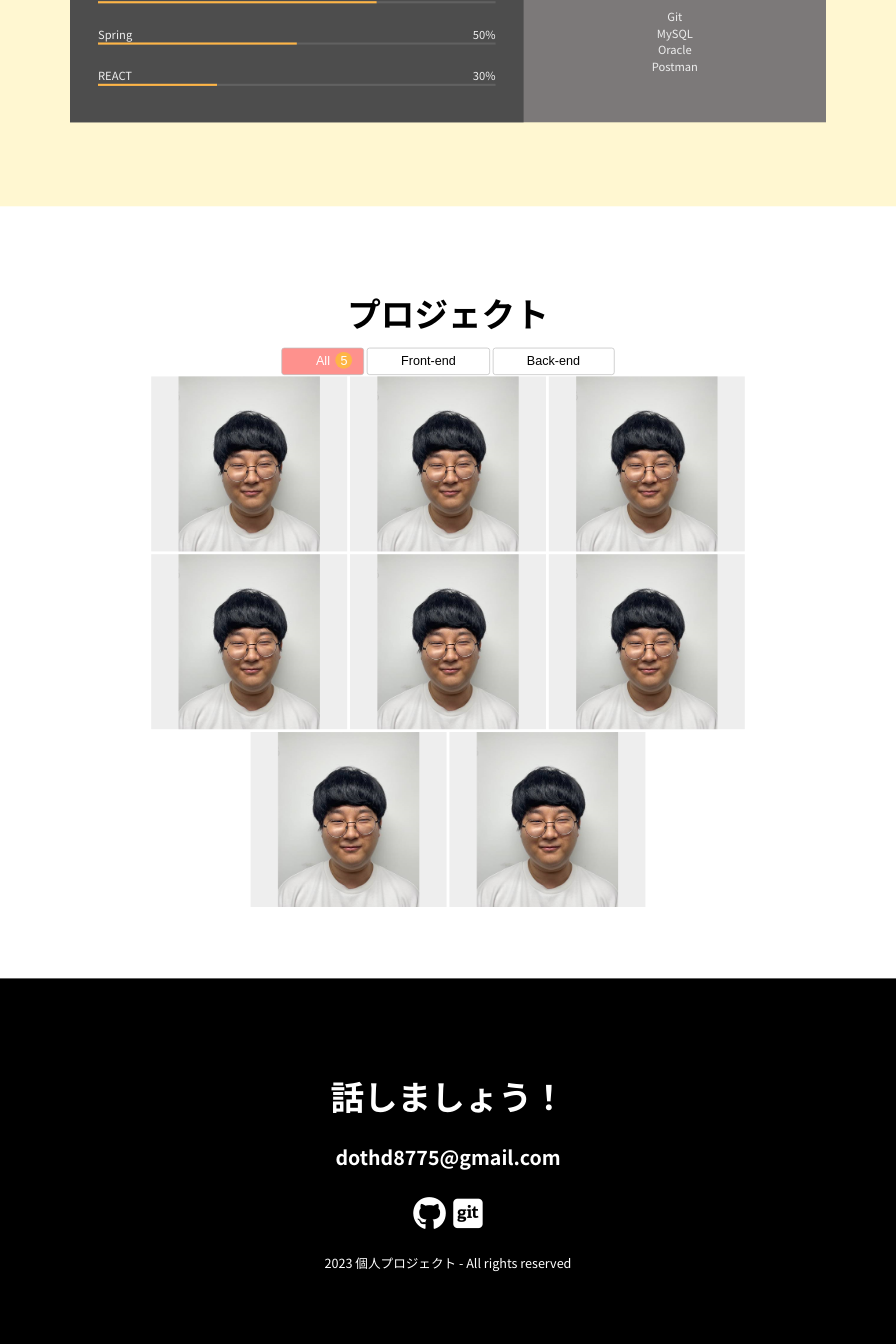
Repository: N1C0N1C0/website_introduction
Page: index.html
The author's editor kept a copy of each file at every save. The page is drawn from the files as they stood at one save, then again after the next save.
The browser window is 1280 px wide. The pictures show the part of the page from y = 2114 to 4034 px (the page is 4034 px tall), at 70% of full size.
Some web libraries are served in a nearby version.

Above is the page before, as saved 2023-08-29 03:11:48.

### index.html
<!DOCTYPE html>
<html lang="en">
  <head>
    <meta charset="UTF-8" />
    <meta name="viewport" content="width=device-width, initial-scale=1.0" />
    <title>自己紹介</title>
    <meta
      name="description"
      content="Portfolio for engineer KimJeongmin"
    />
    <meta name="author" content="Kim" />
    <link rel="icon" type="image/icon" href="imgs/file-pdf-solid.svg" />
    <script src="https://kit.fontawesome.com/04742e9fab.js" crossorigin="anonymous"></script>
    <link href="https://fonts.googleapis.com/css2?family=Noto+Sans+JP:wght@300;400;500&display=swap" rel="stylesheet">

    <link rel="stylesheet" href="style.css" />
    <script src="main.js" defer></script>
  </head>
  <body>
    <!-- Navbar -->
    <nav id="navbar">
      <div class="navbar__logo">
        <i class="fa-regular fa-face-smile"></i>
        <a href="#">キムジョンミン</a>
      </div>
        <ul class="navbar__menu">
          <li class="navbar__menu__item active" data-link="#home">ホーム</li>
          <li class="navbar__menu__item" data-link="#about">紹介</li>
          <li class="navbar__menu__item" data-link="#skills">技術</li>
          <li class="navbar__menu__item" data-link="#work">プロジェクト</li>
          <li class="navbar__menu__item" data-link="#contact">連絡</li>
        </ul>

      <!-- Toggle button -->
      <button class="navbar__toggle-btn">
        <i class="fa-solid fa-bars"></i>
      </button>
    </nav>

    <!-- Home -->
    <section id="home">
      <div class="home__container">
      <img src="imgs/kimu.jpg" alt="Anzang" class="home__avatar" />
      <h1 class="home__title">ようこそ <br />キムジョンミンと申します。</h1>
      <h2 class="home__description">
        今は株式会社SISに内定者です。
      </h2>
      <button class="home__contact">連絡しましょう</button>
    </div>
    </section>
    <!-- About -->
    <section id="about" class="section" class="section__container">
      <h1>自己紹介</h1>
      <p>
        初めまして、2022年9月からITの方を勉強しています。
      </p>
      <div class="about__majors">
        <div class="major">
          <div class="major__icon">
            <i class="fa-brands fa-html5"></i>
          </div>
          <h2 class="major__title">Front-end</h2>
          <div class="major__description">
            HTML, CSS, JavaScript,
            <br />React
          </div>
        </div>
        <div class="major">
          <div class="major__icon">
            <i class="fa-sharp fa-solid fa-backward-fast"></i>
          </div>
          <h2 class="major__title">Back-end</h2>
          <div class="major__description">
            Java, JavaScript
            <br />
            Spring
          </div>
        </div>
      </div>
      <div class="about__jobs">
        <div class="job">
          <img src="imgs/sis_image.png" alt="sis" class="job__logo" style="width: 100px; height: 70px;"/>
          <div class="job_description">
            <p class="job__name">
              現在、株式会社SISの内定者
            </p>
            <p class="job__period">2023 SIS - From now on</p>
          </div>
        </div>
      </div>
    </section>

    <!-- Skills -->
    <section id="skills" class="section">
      <div class="section__container">
      <h1>技術</h1>
      <p>
        Lorem ipsum dolor, sit amet consectetur adipisicing elit. Odio nesciunt
        sit perspiciatis, iure quidem, unde ratione consequuntur omnis magni
        laudantium nobis nostrum reiciendis adipisci vitae laboriosam architecto
        sapiente nihil dolores.
      </p>
      <div class="skillset">
        <div class="skillset__left">
          <h3 class="skillset__title">Skills</h3>
          <div class="skill">
            <div class="skill__description">
              <span>HTML</span>
              <span>90%</span>
            </div>
            <div class="skill__bar">
              <div class="skill__value" style="width: 90%;"></div>
            </div>
          </div>
          <div class="skill">
            <div class="skill__description">
              <span>CSS</span>
              <span>80%</span>
            </div>
            <div class="skill__bar">
              <div class="skill__value" style="width: 80%;"></div>
            </div>
          </div>
          <div class="skill">
            <div class="skill__description">
              <span>JAVASCRIPT</span>
              <span>70%</span>
            </div>
            <div class="skill__bar">
              <div class="skill__value" style="width: 70%;"></div>
            </div>
          </div>
          <div class="skill">
            <div class="skill__description">
              <span>JAVA</span>
              <span>70%</span>
            </div>
            <div class="skill__bar">
              <div class="skill__value" style="width: 70%;"></div>
            </div>
          </div>
          <div class="skill">
            <div class="skill__description">
              <span>Spring</span>
              <span>50%</span>
            </div>
            <div class="skill__bar">
              <div class="skill__value" style="width: 50%;"></div>
            </div>
          </div>
          <div class="skill">
            <div class="skill__description">
              <span>REACT</span>
              <span>30%</span>
            </div>
            <div class="skill__bar">
              <div class="skill__value" style="width: 30%;"></div>
            </div>
          </div>
        </div>
        <div class="skillset__right">
          <div class="tools">
            <h3 class="skillset__title">Tools</h3>
            <ul class="tools__list">
              <li><span>Visual Studio Code</span></li>
              <li><span>IntelliJ</span></li>
              <li><span>Eclipse</span></li>
            </ul>
          </div>
          <br>
          <div class="etc">
            <h3 class="skillset__title">Etc</h3>
            <ul class="ect__list">
              <li><span>Git</span></li>
              <li><span>MySQL</span></li>
              <li><span>Oracle</span></li>
              <li><span>Postman</span></li>
            </ul>
          </div>
        </div>
      </div>
    </div>
    </section>
    <!-- Work -->
    <section id="work" class="section">
      <div class="section__container">
      <h1>プロジェクト</h1>
      <div class="work__categories">
        <button class="category__btn selected" data-filter="*">
          All<span class="category__count">5</span>
        </button>
        <button class="category__btn" data-filter="front-end">
          Front-end<span class="category__count">2</span>
        </button>
        <button class="category__btn" data-filter="back-end">
          Back-end<span class="category__count">3</span>
        </button>
      </div>

      <div class="work__projects">
        <a
          href="https://www.youtube.com/@dream-coding"
          class="project"
          target="_blank"
          data-type="front-end"
        >
          <img
            src="imgs/projects/안종민.png"
            alt="Anzang"
            class="project__img"
          />
          <div class="project__description">
            <h3>Youtube Site</h3>
            <span>Clone coding with HTML and CSS</span>
          </div>
        </a>
        <a
          href="https://www.youtube.com/@dream-coding"
          class="project"
          target="_blank"
          data-type="front-end"
        >
          <img
            src="imgs/projects/안종민.png"
            alt="Anzang"
            class="project__img"
          />
          <div class="project__description">
            <h3>Youtube Site</h3>
            <span>Clone coding with HTML and CSS</span>
          </div>
        </a>
        <a
          href="https://www.youtube.com/@dream-coding"
          class="project"
          target="_blank"
          data-type="front-end"
        >
          <img
            src="imgs/projects/안종민.png"
            alt="Anzang"
            class="project__img"
          />
          <div class="project__description">
            <h3>Youtube Site</h3>
            <span>Clone coding with HTML and CSS</span>
          </div>
        </a>
        <a
          href="https://www.youtube.com/@dream-coding"
          class="project"
          target="_blank"
          data-type="back-end"
        >
          <img
            src="imgs/projects/안종민.png"
            alt="Anzang"
            class="project__img"
          />
          <div class="project__description">
            <h3>Youtube Site</h3>
            <span>Clone coding with HTML and CSS</span>
          </div>
        </a>
        <a
          href="https://www.youtube.com/@dream-coding"
          class="project"
          target="_blank"
          data-type="back-end"
        >
          <img
            src="imgs/projects/안종민.png"
            alt="Anzang"
            class="project__img"
          />
          <div class="project__description">
            <h3>Youtube Site</h3>
            <span>Clone coding with HTML and CSS</span>
          </div>
        </a>
        <a
          href="https://www.youtube.com/@dream-coding"
          class="project"
          target="_blank"
          data-type="back-end"
        >
          <img
            src="imgs/projects/안종민.png"
            alt="Anzang"
            class="project__img"
          />
          <div class="project__description">
            <h3>Youtube Site</h3>
            <span>Clone coding with HTML and CSS</span>
          </div>
        </a>
        <a
          href="https://www.youtube.com/@dream-coding"
          class="project"
          target="_blank"
          data-type="back-end"
        >
          <img
            src="imgs/projects/안종민.png"
            alt="Anzang"
            class="project__img"
          />
          <div class="project__description">
            <h3>Youtube Site</h3>
            <span>Clone coding with HTML and CSS</span>
          </div>
        </a>
        <a
          href="https://www.youtube.com/@dream-coding"
          class="project"
          target="_blank"
          data-type="mobile"
        >
          <img
            src="imgs/projects/안종민.png"
            alt="Anzang"
            class="project__img"
          />
          <div class="project__description">
            <h3>Youtube Site</h3>
            <span>Clone coding with HTML and CSS</span>
          </div>
        </a>
      </div>
      </div>
    </section>
    <!-- Contact -->
    <section id="contact" class="section">
      <h1 class="contact__title">話しましょう！</h1>
      <h2 class="contact__email">dothd8775@gmail.com</h2>
      <div class="contact__links">
        <a href="https://github.com/N1C0N1C0" target="_blank">
          <i class="fa-brands fa-github"></i>
        </a>
        <a href="https://github.com/N1C0N1C0" target="_blank">
          <i class="fa-brands fa-square-git"></i>
        </a>
      </div>
      <p class="contact__rights">
        2023 個人プロジェクト - All rights reserved
      </p>
    </section>

    <!-- Arrow up -->
    <button class="arrow__up">
      <i class="fa-solid fa-arrow-up"></i>
    </button>
  </body>
</html>

### style.css
/* Global */
:root {
    /* Color */
    --color-white: #fff;
    --color-light-white: #eee;
    --color-dark-white: #bdbdbd;
    --color-pink: #fe918d;
    --color-dark-pink: #ff6863;
    --color-black: #4d4d4d;
    --color-dark-grey: #4d4d4d;
    --color-grey: #616161;
    --color-light-grey: #7c7979;
    --color-blue: #73aace;
    --color-yellow: #fff7d1;
    --color-orange: #feb546;
    --color-black: #000;

    /* Font size */
    --font-large: 48px;
    --font-medium: 28px;
    --font-regular: 18px;
    --font-small: 16px;
    --font-micro: 14px;

    /* Font weight */
    --weight-bold: 700;
    --weight-semi-bold: 600;
    --weight-regular: 400;

    /* Size */
    --size-border-radius: 4px;

    /* Animation */
    --animation-duration: 300ms;
}

/* Universal tags */
* {
    box-sizing: border-box;
}

body {
    font-family: 'Noto Sans JP', sans-serif;
    margin: 0;
    cursor: default;
}

a {
    text-decoration: none;
    color: var(--color-white);
}

ul {
    list-style: none;
    padding-left: 0;
}

button {
    background-color: transparent;
    cursor: pointer;
    border: none;
    outline: none;
    padding: 0;
}

/* Typography */
h1 {
    font-size: var(--font-large);
    font-weight: var(--weight-bold);
    color: var(--color-black);
    margin: 16px 0;
}

h2 {
    font-size: var(--font-medium);
    font-weight: var(--weight-semi-bold);
    color: var(--color-black);
    margin: 8px 0;
}

h3 {
    font-size: var(--font-regular);
    font-weight: var(--weight-regular);
    color: var(--color-black);
    margin: 8px 0;
}

p {
    font-size: var(--font-regular);
    font-weight: var(--weight-regular);
    color: var(--color-black);
    margin: 4px 0;
}

/* Navbar */
#navbar {
    position: fixed;
    width: 100%;
    display: flex;
    justify-content: space-between;
    background-color: transparent;
    align-items: center;
    color: var(--color-white);
    padding: 16px;
    transition: all var(--animation-duration) ease-in-out;
    z-index: 1;
}

#navbar.navbar--dark {
    background-color: var(--color-black);
    padding: 16px;

}

.navbar__menu {
    display: flex;
}

.navbar__logo {
    font-size: var(--font-medium);
    font-weight: var(--weight-semi-bold);
}

.navbar__menu__item {
    padding: 8px 12px;
    margin: 0 4px;
    cursor: pointer;
    color: var(--color-white);
    border: 1px solid transparent;
    border-radius: var(--size-border-radius);
}

.navbar__menu__item.active {
    border: 1px solid var(--color-white);
}

.navbar__menu__item:hover {
    border-color: var(--color-white);
    background-attachment: var(--color-dark-grey);
}

.navbar__toggle-btn {
    position: absolute;
    top: 20px;
    right: 32px;
    font-size: 24px;
    color: var(--color-white);
    display: none;
}

/* Home */
#home {
    background-color: var(--color-black);
    padding: 40px;
    padding-top: 120px;
    text-align: center;
}

.home__avatar {
    width: 250px;
    height: 250px;
    border-radius: 50%;
    border: 2px solid var(--color-light-white);
}

.home__title,
.home__description {
    color: var(--color-white);
}

.home__contact {
    color: var(--color-white);
    font-size: var(--font-regular);
    font-weight: var(--weight-bold);
    margin: 24px;
    padding: 8px 12px;
    border: 2px solid var(--color-white);
    border-radius: var(--size-border-radius);
}

.home__contact:hover {
    background-color: var(--color-orange);
}

/* Section common */
.section {
    padding: 100px;
    text-align: center;
    margin: auto;
}

.section__container {
    max-width: 1200px;
    margin: auto;
}

/* About */
.about__majors {
    display: flex;
    justify-content: space-around;
    margin: 80px 0;
}

.major__icon {
    width: 170px;
    height: 170px;
    line-height: 170px;
    font-size: 70px;
    margin: auto;
    color: var(--color-blue);
    border: 1px solid var(--color-blue);
    border-radius: 50%;
    margin-bottom: 16px;
}
.major__icon i {
    transition: all var(--animation-duration) ease;
}
.major__icon:hover i {
    color: var(--color-pink);
    transform: rotate(-45deg) scale(1.1);
}
.major__title, .major__description {
    color: var(--color-dark-grey);
}

.major__description {
    font-size: var(--font-small);
}

.job {
    display: flex;
    align-items: center;
    margin-bottom: 10px;
}

.job_description {
    margin: 0 16px;
    text-align: left;
}

.job__name,
.job__period {
    color: var(--color-light-grey);
}

.job__name {
    font-size: var(font-small);
}

.job__period {
    font-size: var(--font-micro);
}

/* Skill */

#skills {
    background-color: var(--color-yellow);
}

.skillset {
    display: flex;
    background-color: var(--color-light-grey);
    color: var(--color-light-white);
    margin: 20px 0;
}

.skillset__title {
    color: var(--color-white);
}

.skill {
    margin-bottom: 32px;
}

.skill__description {
    display: flex;
    justify-content: space-between;
}

.skillset__left {
    flex-basis: 60%;
    background-color: var(--color-dark-grey);
    padding: 20px 40px;
}

.skill__bar {
    width: 100%;
    height: 3px;
    background-color: var(--color-grey);
}

.skill__value {
    height: 3px;
    background-color: var(--color-orange);
}

.skillset__right {
    flex-basis: 40%;
}

.tools {
    background-color: var(--color-grey);
}

.tools,
.etc {
    padding: 20px;
}

/* Work */

.work_categories {
    margin: 40px;
}

.category__btn {
    border: 1px solid var(--color-dark-white);
    border-radius: var(--size-border-radius);
    font-size: var(--font-regular);
    padding: 8px 48px;
    position: relative;
}

.category__btn.selected,
.category__btn:hover {
    background-color: var(--color-pink);
    color: var(--color-white);
}

.category__btn.selected .category__count,
.category__btn:hover .category__count {
    opacity: 1;
}
.category__count {
    background-color: var(--color-orange);
    border-radius: 50%;
    color: var(--color-white);
    margin-left: 5px;
    width: 24px;
    height: 24px;
    line-height: 24px;
    display: inline-block;
    position: absolute;
    top: 5px;
    right: 16px;
    opacity: 0;
    transition: all var(--animation-duration) ease;
}

.work__projects {
    display: flex;
    flex-wrap: wrap;
    justify-content: center;
    opacity: 1;
    transition: all var(--animation-duration) ease-out;
}

.work__projects.anim-out {
    opacity: 0;
    transform: scale(0.96) translateY(40px);

}

.project {
    position: relative;
    display: flex;
    flex-direction: column;
    justify-content: center;
    width: 280px;
    height: 250px;
    margin: 2px;
    background-color: var(--color-light-white);
}

.project.invisible {
    display: none;
}

.project__img {
    max-width: 100%;
    max-height: 100%;
    align-self: center;
}

.project__description {
    position: absolute;
    background-color: black;
    display: flex;
    flex-direction: column;
    justify-content: center;
    width: 100%;
    height: 100%;
    top: 0;
    left: 0;
    opacity: 0;
    transform: translateY(15px);
    transition: all var(--animation-duration) ease-in;
}

.project:hover .project__description {
    opacity: 0.8;
    transform: translateY(0px);
}

.project__description h3 {
    color: var(--color-orange);
}

.project__description h3:after {
    content: '';
    display: block;
    position: relative;
    left: 50%;
    width: 50px;
    height: 2px;
    transform: translateX(-25%);
    margin-left: -12px;
    margin-top: 8px;
    background-color: var(--color-dark-white);
}



/* Contact */
#contact {
    background-color: var(--color-black);
}

.contact__title,
.contact__email,
.contact__rights {
    color: var(--color-white);
}

.contact__title {
    margin: 32px 0;
}

.contact__links {
    font-size: var(--font-large);
    margin: 24px 0;
}

.contact__links i:hover {
    transform: scale(1.1);
    color: var(--color-yellow);
    transition: all var(--animation-duration) ease-in;
}

/* Scroll */
.arrow__up {
    position: fixed;
    bottom: 50px;
    right: 50px;
    width: 70px;
    height: 70px;
    font-size: 50px;
    color: var(--color-white);
    background-color: var(--color-black);
    border-radius: 50%;
    opacity: 0;
    pointer-events: none;
    transition: all var(--animation-duration) ease-in;
}

.arrow__up.visible {
    opacity: 1;
    pointer-events: auto;
}

/* For below 768px screen width */
@media screen and (max-width: 768px) {
    :root {
        /* Font size */
        --font-large: 30px;
        --font-medium: 18px;
        --font-regular: 16px;
        --font-small: 14px;
        --font-micro: 12px;
    }

    .navbar__toggle-btn {
        display: block;
        top: 16px;
        right: 16px;
        font-size: var(--font-medium);
    }

    #navbar {
        flex-direction: column;
        align-items: flex-start;
        background-color: var(--color-black);
    }

    #navbar.navbar--dark {
        padding: 16px;
    }

    .navbar__menu {
        flex-direction: column;
        text-align: center;
        width: 100%;
        display: none;
    }

    .navbar__menu.open {
        display: block;
    }

    .section {
        padding: 16px;
        padding-top: 40px;
    }

    .about__majors {
        flex-direction: column;
        margin-top: 30px;
        margin-bottom: 0;
    }

    .major {
        margin-bottom: 30px;
    }

    .skillset {
        flex-direction: column;
    }

    .category__btn {
        margin: 4px 0;
    }

    .work__categories {
        display: flex;
        flex-direction: column;
        margin-bottom: 10px;
    }

    .project {
        flex-grow: 1;
    }

    .testimonial {
        flex-direction: column;
        align-items: center;
    }

    .testimonial__avatar {
        width: 120px;
        height: 120px;
    }

    .testimonial__avatar:nth-child(odd),
    .testimonial__avatar:nth-child(even) {
        margin: 0;
        margin-bottom: 8px;
    }

    .testimonial__speech-bubble {
        order: 1;
    }

    .arrow__up {
        width: 50px;
        height: 50px;
        font-size: 30px;
        right: 16px;
        bottom: 16px;
    }
}

Loaded but not shown: main.js (153 lines, source omitted)

After the next save:
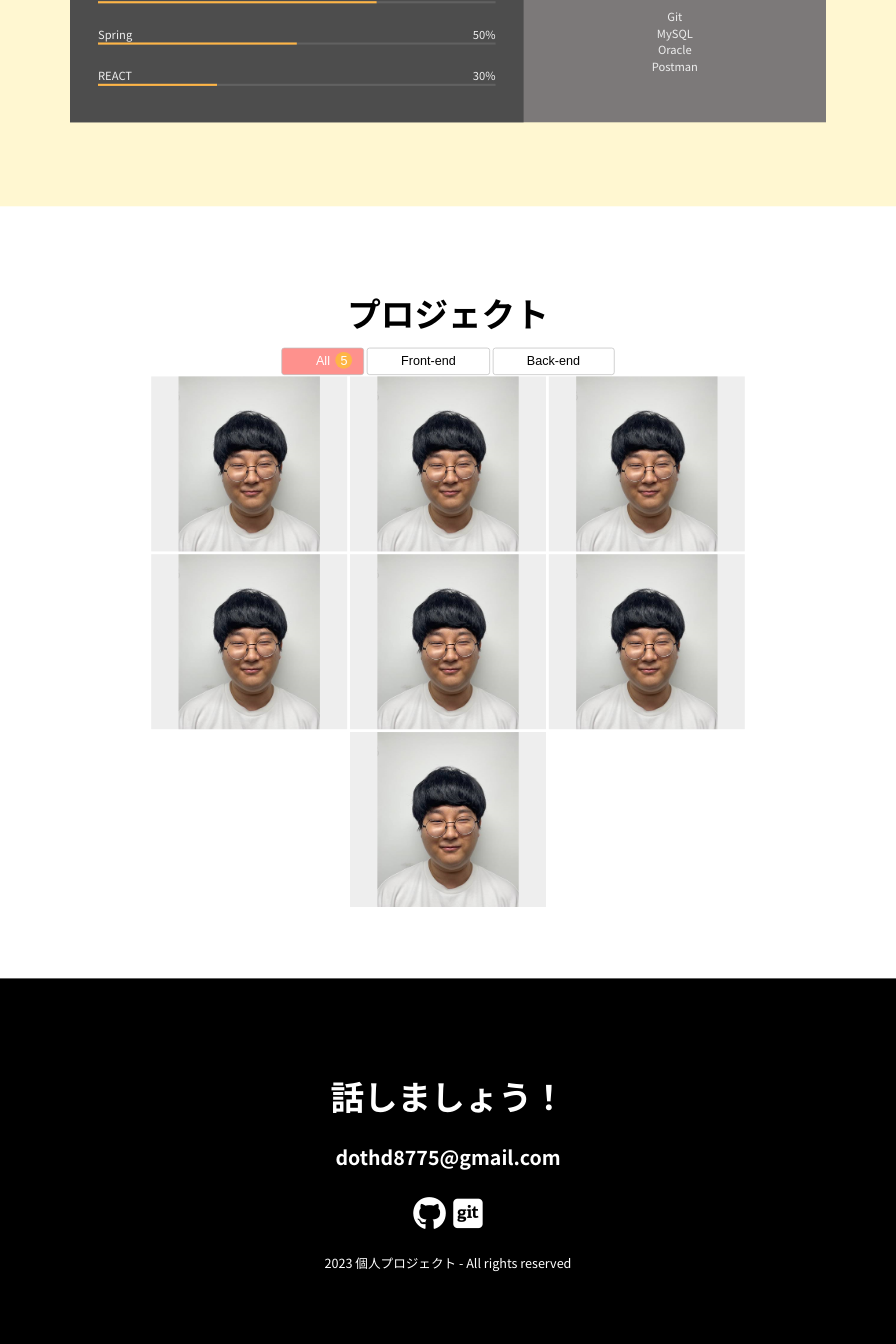
Saved 2 min 48 s later.
--- a/index.html
+++ b/index.html
@@ -310,22 +310,6 @@
             <span>Clone coding with HTML and CSS</span>
           </div>
         </a>
-        <a
-          href="https://www.youtube.com/@dream-coding"
-          class="project"
-          target="_blank"
-          data-type="mobile"
-        >
-          <img
-            src="imgs/projects/안종민.png"
-            alt="Anzang"
-            class="project__img"
-          />
-          <div class="project__description">
-            <h3>Youtube Site</h3>
-            <span>Clone coding with HTML and CSS</span>
-          </div>
-        </a>
       </div>
       </div>
     </section>
